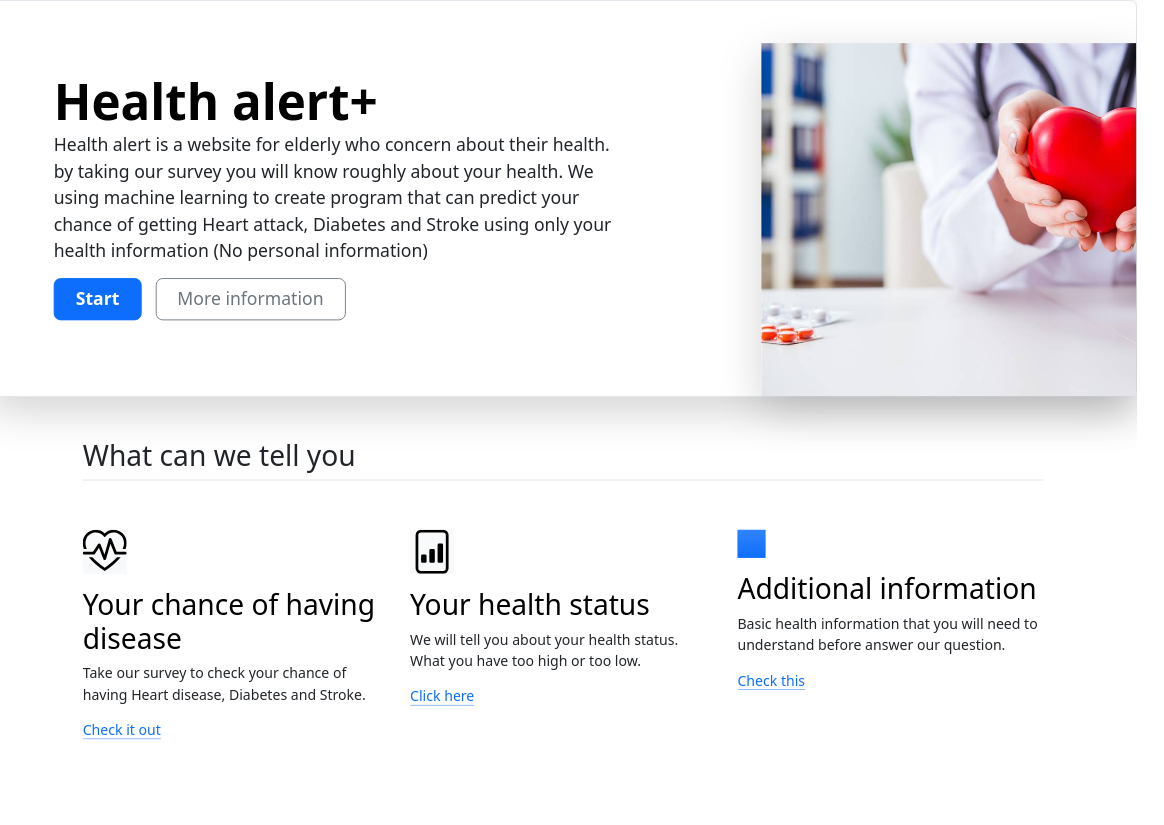
Repository: aneforollll/webapp
Page: index.html
The author's editor kept a copy of each file at every save. The page is drawn from the files as they stood at one save, then again after the next save.
The browser window is 1280 px wide. The page is 1292 px wide, then 1323 px, so the pictures cover 1323 px, including what lies to the right of the window. The pictures show the whole page, at 88% of full size.

Above is the page before, as saved 2024-01-09 09:29:26.

### index.html
<!doctype html>
<html lang="en">
  <head>
    <meta charset="utf-8">
    <meta name="viewport" content="width=device-width, initial-scale=1">
    <title>Health alert demo</title>
    <link href="https://cdn.jsdelivr.net/npm/bootstrap@5.3.2/dist/css/bootstrap.min.css" rel="stylesheet" integrity="sha384-T3c6CoIi6uLrA9TneNEoa7RxnatzjcDSCmG1MXxSR1GAsXEV/Dwwykc2MPK8M2HN" crossorigin="anonymous">
  </head>
  <body>


    <div class="row p-4 pb-0 pe-lg-0 pt-lg-5 align-items-center rounded-3 border shadow-lg">
        <div class="col-lg-7 p-3 p-lg-5 pt-lg-3">
          <h1 class="display-4 fw-bold lh-1 text-body-emphasis">Health alert+</h1>
          <p class="lead">Health alert is a website for elderly who concern about their health. by taking our survey you will know roughly about your health.
            We using machine learning to create program that can predict your chance of getting Heart attack, Diabetes and Stroke using only your health information (No personal information) </p>
          <div class="d-grid gap-2 d-md-flex justify-content-md-start mb-4 mb-lg-3">
            <button type="button" class="btn btn-primary btn-lg px-4 me-md-2 fw-bold" onclick="document.location='healthalertfrom.html'">Start</button>
            <button type="button" class="btn btn-outline-secondary btn-lg px-4">More information</button>
          </div>
        </div>
        <div class="col-lg-4 offset-lg-1 p-0 overflow-hidden shadow-lg">
            <img class="rounded-lg-3" src="images/heart.jpg" alt="" width="600
            ">
        </div>
      </div>
      <div class="container px-4 py-5" id="featured-3">
        <h2 class="pb-2 border-bottom">What can we tell you</h2>
        <div class="row g-4 py-5 row-cols-1 row-cols-lg-3">
          <div class="feature col">
            <div class="feature-icon d-inline-flex align-items-center justify-content-center text-bg-light bg-gradient fs-2 mb-3">
              <svg xmlns="http://www.w3.org/2000/svg" width="50" height="50" fill="light" class="bi bi-heart-pulse" viewBox="0 0 16 16">
                <path d="m8 2.748-.717-.737C5.6.281 2.514.878 1.4 3.053.918 3.995.78 5.323 1.508 7H.43c-2.128-5.697 4.165-8.83 7.394-5.857.06.055.119.112.176.171a3.12 3.12 0 0 1 .176-.17c3.23-2.974 9.522.159 7.394 5.856h-1.078c.728-1.677.59-3.005.108-3.947C13.486.878 10.4.28 8.717 2.01zM2.212 10h1.315C4.593 11.183 6.05 12.458 8 13.795c1.949-1.337 3.407-2.612 4.473-3.795h1.315c-1.265 1.566-3.14 3.25-5.788 5-2.648-1.75-4.523-3.434-5.788-5Z"/>
                <path d="M10.464 3.314a.5.5 0 0 0-.945.049L7.921 8.956 6.464 5.314a.5.5 0 0 0-.88-.091L3.732 8H.5a.5.5 0 0 0 0 1H4a.5.5 0 0 0 .416-.223l1.473-2.209 1.647 4.118a.5.5 0 0 0 .945-.049l1.598-5.593 1.457 3.642A.5.5 0 0 0 12 9h3.5a.5.5 0 0 0 0-1h-3.162z"/>
              </svg>
            </div>
            <h3 class="fs-2 text-body-emphasis">Your chance of having disease</h3>
            <p>Take our survey to check your chance of having Heart disease, Diabetes and Stroke.</p>
            <a href="healthalertfrom.html" class="icon-link">
              Check it out
              <svg class="bi"><use xlink:href="#chevron-right"></use></svg>
            </a>
          </div>
          <div class="feature col">
            <div class="feature-icon d-inline-flex align-items-center justify-content-center text-bg-light bg-gradient fs-2 mb-3">
              <svg xmlns="http://www.w3.org/2000/svg" width="50" height="50" fill="light" class="bi bi-file-bar-graph" viewBox="0 0 16 16">
                <path d="M4.5 12a.5.5 0 0 1-.5-.5v-2a.5.5 0 0 1 .5-.5h1a.5.5 0 0 1 .5.5v2a.5.5 0 0 1-.5.5zm3 0a.5.5 0 0 1-.5-.5v-4a.5.5 0 0 1 .5-.5h1a.5.5 0 0 1 .5.5v4a.5.5 0 0 1-.5.5zm3 0a.5.5 0 0 1-.5-.5v-6a.5.5 0 0 1 .5-.5h1a.5.5 0 0 1 .5.5v6a.5.5 0 0 1-.5.5z"/>
                <path d="M4 0a2 2 0 0 0-2 2v12a2 2 0 0 0 2 2h8a2 2 0 0 0 2-2V2a2 2 0 0 0-2-2zm0 1h8a1 1 0 0 1 1 1v12a1 1 0 0 1-1 1H4a1 1 0 0 1-1-1V2a1 1 0 0 1 1-1"/>
              </svg>
            </div>
            <h3 class="fs-2 text-body-emphasis">Your health status</h3>
            <p>We will tell you about your health status. What you have too high or too low.</p>
            <a href="dashboard.html" class="icon-link">
              Click here
              <svg class="bi"><use xlink:href="#chevron-right"></use></svg>
            </a>
          </div>
          <div class="feature col">
            <div class="feature-icon d-inline-flex align-items-center justify-content-center text-bg-primary bg-gradient fs-2 mb-3">
              <svg class="bi" width="1em" height="1em"><use xlink:href="#toggles2"></use></svg>
            </div>
            <h3 class="fs-2 text-body-emphasis">Additional information</h3>
            <p>Basic health information that you will need to understand before answer our question.</p>
            <a href="dashboard.html" class="icon-link">
              Check this
              <svg class="bi"><use xlink:href="#chevron-right"></use></svg>
              <script src="https://cdn.jsdelivr.net/npm/bootstrap@5.3.2/dist/js/bootstrap.bundle.min.js" integrity="sha384-C6RzsynM9kWDrMNeT87bh95OGNyZPhcTNXj1NW7RuBCsyN/o0jlpcV8Qyq46cDfL" crossorigin="anonymous"></script>
            </a>
          </div>
        </div>
      </div>




  </body>
</html>

After the next save:
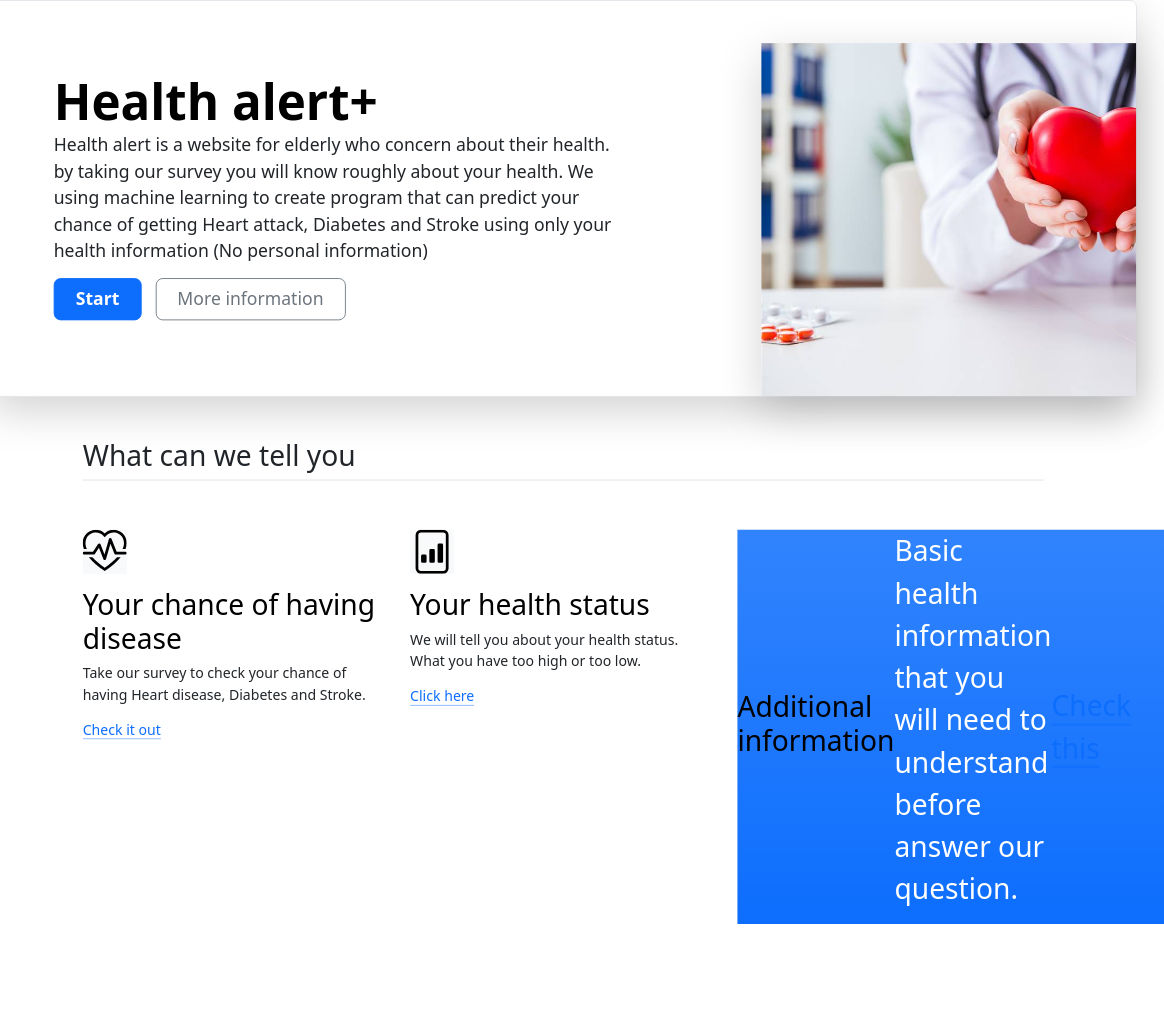
Saved 3 min 16 s later.
--- a/index.html
+++ b/index.html
@@ -57,7 +57,7 @@
           </div>
           <div class="feature col">
             <div class="feature-icon d-inline-flex align-items-center justify-content-center text-bg-primary bg-gradient fs-2 mb-3">
-              <svg class="bi" width="1em" height="1em"><use xlink:href="#toggles2"></use></svg>
+              <img class=""
             </div>
             <h3 class="fs-2 text-body-emphasis">Additional information</h3>
             <p>Basic health information that you will need to understand before answer our question.</p>
